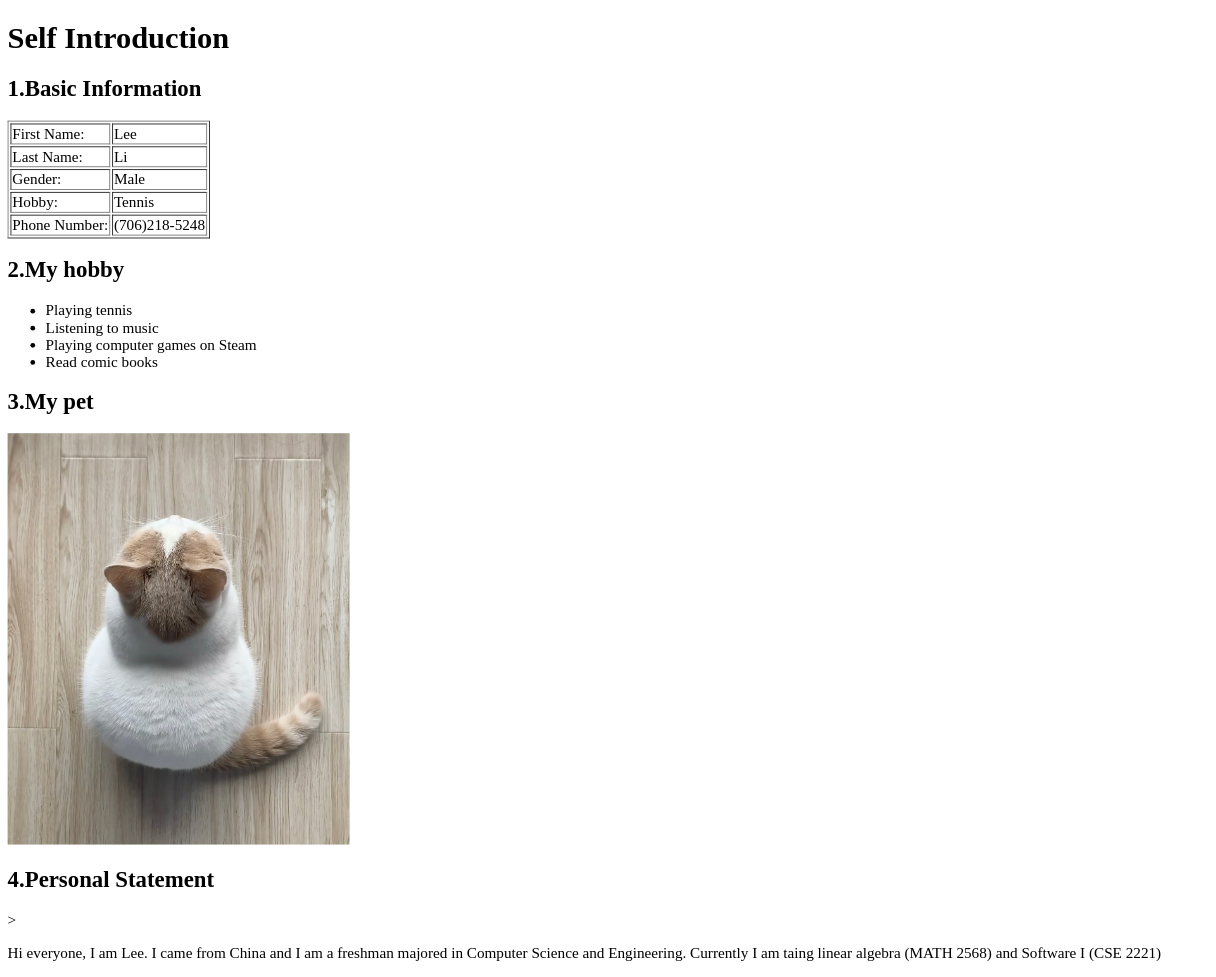
Repository: RigelLM/Java-Learning
Page: HomePage/public/Index.html
The author's editor kept a copy of each file at every save. The page is drawn from the files as they stood at one save, then again after the next save.
The browser window is 1280 px wide. The pictures show the whole page, at 95% of full size.

Above is the page before, as saved 2023-01-17 17:29:05.

### HomePage/public/Index.html
<?xml version="1.0" encoding="UTF-8" ?>
<!DOCTYPE html PUBLIC "-//W3C//DTD XHTML 1.0 Strict//EN" "http://www.w3.org/TR/xhtml1/DTD/xhtml1-strict.dtd">
<html xmlns="http://www.w3.org/1999/xhtml">
<head>
<meta http-equiv="Content-Type" content="text/html; charset=UTF-8" />



<title>Personal Information</title>
</head>
<body>
<h1>Self Introduction</h1>
<h2>1.Basic Information</h2>
<table border="1">
    <tr>
        <td>First Name:</td><td>Lee</td>
    </tr>
    <tr>
        <td>Last Name:</td><td>Li</td>
    </tr>
    <tr>
        <td>Gender:</td><td>Male</td>
    </tr>
    <tr>
        <td>Hobby:</td><td>Tennis</td>
    </tr>
    <tr>
        <td>Phone Number:</td><td>(706)218-5248</td>
    </tr>
</table>
<h2>2.My hobby</h2>
<ul>
<li>Playing tennis</li>
<li>Listening to music</li>
<li>Playing computer games on Steam</li>
<li>Read comic books</li>
</ul>
<h2>3.My pet</h2>
<img src="cat.jpg" alt="My Cat" width="360" height="433">
<h2>4.Personal Statement</h2>>
<p>Hi everyone, I am Lee. I came from China and I am a freshman majored in Computer Science and Engineering. Currently I am taing linear algebra (MATH 2568) and Software I (CSE 2221)</p>
</body>
</html>

After the next save:
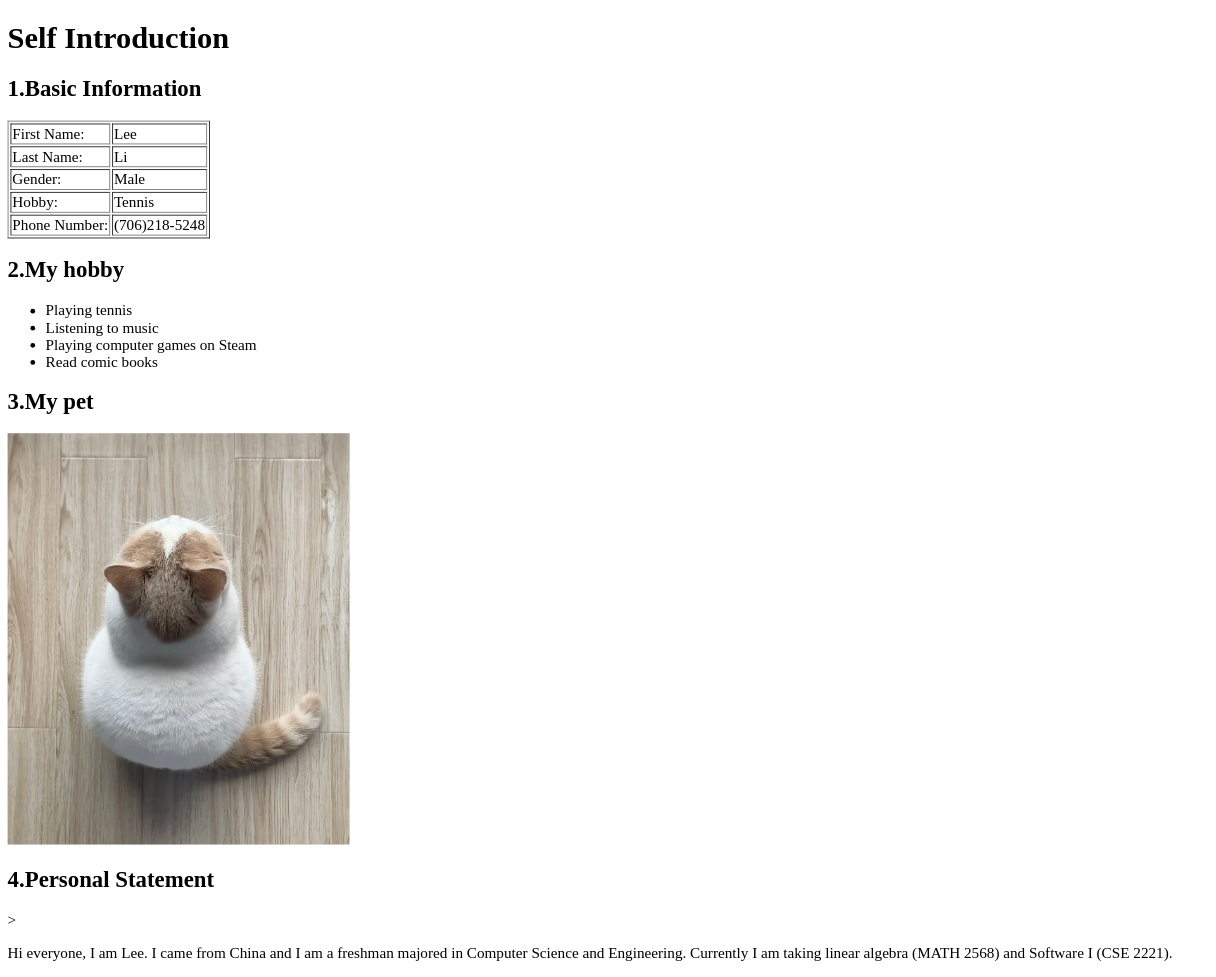
Saved 6 s later.
--- a/HomePage/public/Index.html
+++ b/HomePage/public/Index.html
@@ -38,6 +38,6 @@
 <h2>3.My pet</h2>
 <img src="cat.jpg" alt="My Cat" width="360" height="433">
 <h2>4.Personal Statement</h2>>
-<p>Hi everyone, I am Lee. I came from China and I am a freshman majored in Computer Science and Engineering. Currently I am taing linear algebra (MATH 2568) and Software I (CSE 2221)</p>
+<p>Hi everyone, I am Lee. I came from China and I am a freshman majored in Computer Science and Engineering. Currently I am taking linear algebra (MATH 2568) and Software I (CSE 2221). </p>
 </body>
 </html>
